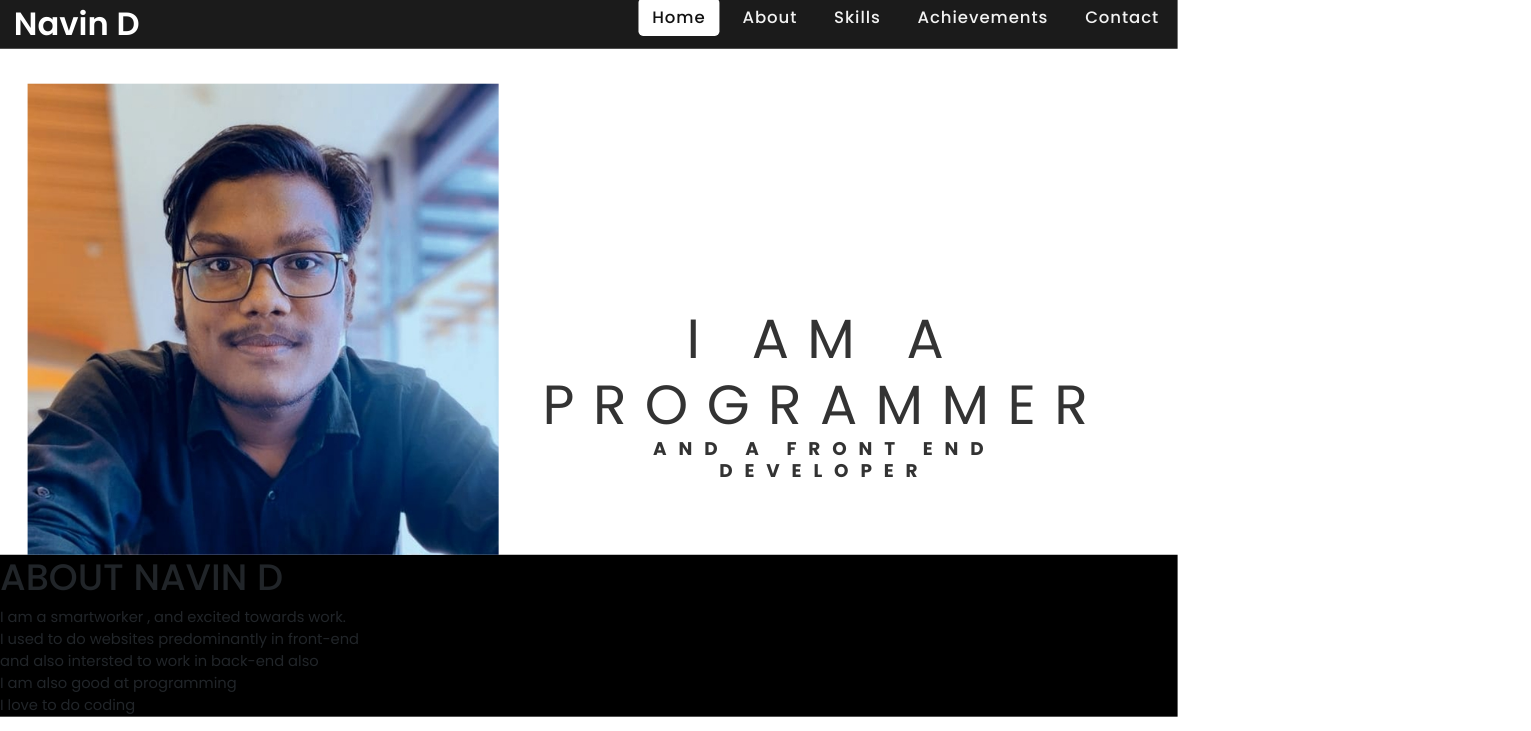
Repository: NavinDayanithi/OIBSIP
Page: Portfolio/index.html
These files come from the project's save history. The page is drawn as it stood at one moment and after the next save; the edit follows.
The browser window is 1280 px wide. The page is 1280 px wide, then 1664 px, then 1280 px, so the pictures cover 1664 px, including what lies to the right of the window. The pictures show the whole page, at 92% of full size.

Above is the page before, as saved 2023-02-20 18:48:31.
Console error: TypeError: Cannot read properties of undefined (reading 'fn')

### Portfolio/index.html
<!DOCTYPE html>
<!-- Created By CodingNepal -->
<html lang="en" dir="ltr">
   <head>

      <meta charset="utf-8">
      <title>Navin's Portfolio</title>
      <script src="https://cdnjs.cloudflare.com/ajax/libs/OwlCarousel2/2.3.4/owl.carousel.min.js"></script>
      <script type="text/javascript" src="script.js"></script>
      <link rel="stylesheet" href="style.css">
      <link rel="stylesheet" href="https://cdnjs.cloudflare.com/ajax/libs/font-awesome/5.15.3/css/all.min.css"/>
      <meta name="viewport" content="width=device-width, initial-scale=1.0">
      <link href="https://cdn.jsdelivr.net/npm/bootstrap@5.3.0-alpha1/dist/css/bootstrap.min.css" rel="stylesheet" integrity="sha384-GLhlTQ8iRABdZLl6O3oVMWSktQOp6b7In1Zl3/Jr59b6EGGoI1aFkw7cmDA6j6gD" crossorigin="anonymous">
   </head>
   <body>
      <nav>
         <div class="logo">
            Navin D
         </div>
         <input type="checkbox" id="click">
         <label for="click" class="menu-btn">
         <i class="fas fa-bars"></i>
         </label>
         <ul>
            <li><a class="active" href="#">Home</a></li>
            <li><a href="#about">About</a></li>
            <li><a href="#skills">Skills</a></li>
            <li><a href="#">Achievements</a></li>
            <li><a href="#">Contact</a></li>
         </ul>
      </nav>
      <div >
        <img src="navinppimg.jpeg"  class="img1" alt="navinimg">
      </div>
      <div class="text-box">
        <h1 class="heading-primary">
         <span class="heading-primary-main">I am a Programmer</span>
          <span class="heading-primary-sub">and a front end developer</span>
         </h1>
   </div>
   <section class="about" id="about">
      <!-- <img class="about-img" src="https://embetronicx.com/wp-content/uploads/2017/08/background.jpg"  class="img1" alt="navinimg"> -->
      <div class="about-text">
          <h1>ABOUT NAVIN D</h1>
         <p>  I am a smartworker , and excited towards work.<br/>
             I used to do websites predominantly in front-end <br/>
             and also intersted to work in back-end also<br/>
             I am also good at programming <br/>
             I love to do coding<br/>
      </p>
      </div>

    </body>
</section>
       </body>
</html>

### Portfolio/style.css
@import url('https://fonts.googleapis.com/css?family=Poppins:400,500,600,700&display=swap');
*{
  margin: 0;
  padding: 0;
  box-sizing: border-box;
  font-family: 'Poppins', sans-serif;
}
nav{
  display: flex;
  height: 100%;
  width: 100%;
  background: #1b1b1b;
  align-items: center;
  justify-content: space-between;
  /* padding: 0 50px 0 50px; */
  /* flex-wrap: wrap; */
}
nav .logo{
  color: #fff;
  font-size: 35px;
  font-weight: 600;
  margin-left: 15px;
}
nav ul{
  display: flex;
  flex-wrap: wrap;
  list-style: none;
}
nav ul li{
  margin: 0 5px;
}
nav ul li a{
  color: #f2f2f2;
  text-decoration: none;
  font-size: 18px;
  font-weight: 500;
  padding: 8px 15px;
  border-radius: 5px;
  letter-spacing: 1px;
  transition: all 0.3s ease;
}
nav ul li a.active,
nav ul li a:hover{
  color: #111;
  background: #fff;
}
nav .menu-btn i{
  color: #fff;
  font-size: 22px;
  cursor: pointer;
  display: none;
}
input[type="checkbox"]{
  display: none;
}
@media (max-width: 1000px){
  nav{
    padding: 0 40px 0 50px;
  }
}
@media (max-width: 920px) {
  nav .menu-btn i{
    display: block;
  }
  #click:checked ~ .menu-btn i:before{
    content: "\f00d";
  }
  nav ul{
    position: fixed;
    top: 80px;
    left: -100%;
    background: #111;
    height: 100vh;
    width: 100%;
    text-align: center;
    display: block;
    transition: all 0.3s ease;
  }
  #click:checked ~ ul{
    left: 0;
  }
  nav ul li{
    width: 100%;
    margin: 40px 0;
  }
  nav ul li a{
    width: 100%;
    margin-left: -100%;
    display: block;
    font-size: 20px;
    transition: 0.6s cubic-bezier(0.68, -0.55, 0.265, 1.55);
  }
  #click:checked ~ ul li a{
    margin-left: 0px;
  }
  nav ul li a.active,
  nav ul li a:hover{
    background: none;
    color: cyan;
  }
}
.content{
  position: absolute;
  top: 50%;
  left: 50%;
  transform: translate(-50%, -50%);
  text-align: center;
  z-index: -1;
  width: 100%;
  padding: 0 30px;
  color: #1b1b1b;
}
.content div{
  font-size: 40px;
  font-weight: 700;
}

.text-box {
    position: absolute;
    top: 60%;
    left: 70%;
    transform: translate(-50%, -50%);
    text-align:center;
  }

  .heading-primary {
      color:#333;
      text-transform: uppercase;
  }

  .heading-primary-main {
      display: block;
      font-size: 60px;
      font-weight: 400;
      letter-spacing: 20px;
     /*  Animation decalaration   */
      animation-name: moveInleft;
      animation-duration: 3s;
  }

  .heading-primary-sub {
      display: block;
      font-size: 20px;
      font-weight: 700;
      letter-spacing: 12.9px;

      animation-name: moveInRight;
      animation-duration: 3s;
  }

  @keyframes moveInleft {
      0% {
          opacity: 0;
          transform: translateX(-100px);
      }

      80% {
          transform: translateX(10px);
      }
      100% {
          opacity: 1;
          transform: translate(0);
      }
  }

  @keyframes moveInRight {
      0% {
          opacity: 0;
          transform: translateX(100px);
      }

      80% {
          transform: translateX(-10px);
      }

      100% {
          opacity: 1;
          transform: translate(0);
      }

  }
  .img1{
    margin-left: 30px;
     margin-top: 3%;
    display: block;
    height:40%;
    width:40%;


  }
  .a{
    float: left;
    /* display: inline; */
    width: 50%;


  }
  .b{
    /* display: inline; */
    float:right;
    width: 50%;
    margin-left: 50px;


  }
   .about{
    background-color: black;
    height: 100%;
    width: 100%;
  } */
.about-text{
    position: absolute;
    margin-top: 50px;
    margin-left: 30%;
    width: 100%;
    height: auto;
    justify-content: center;

   background-color: #1b1b1b;
    color:white;
}

Loaded but not shown: Portfolio/script.js (common file)

After the next save:
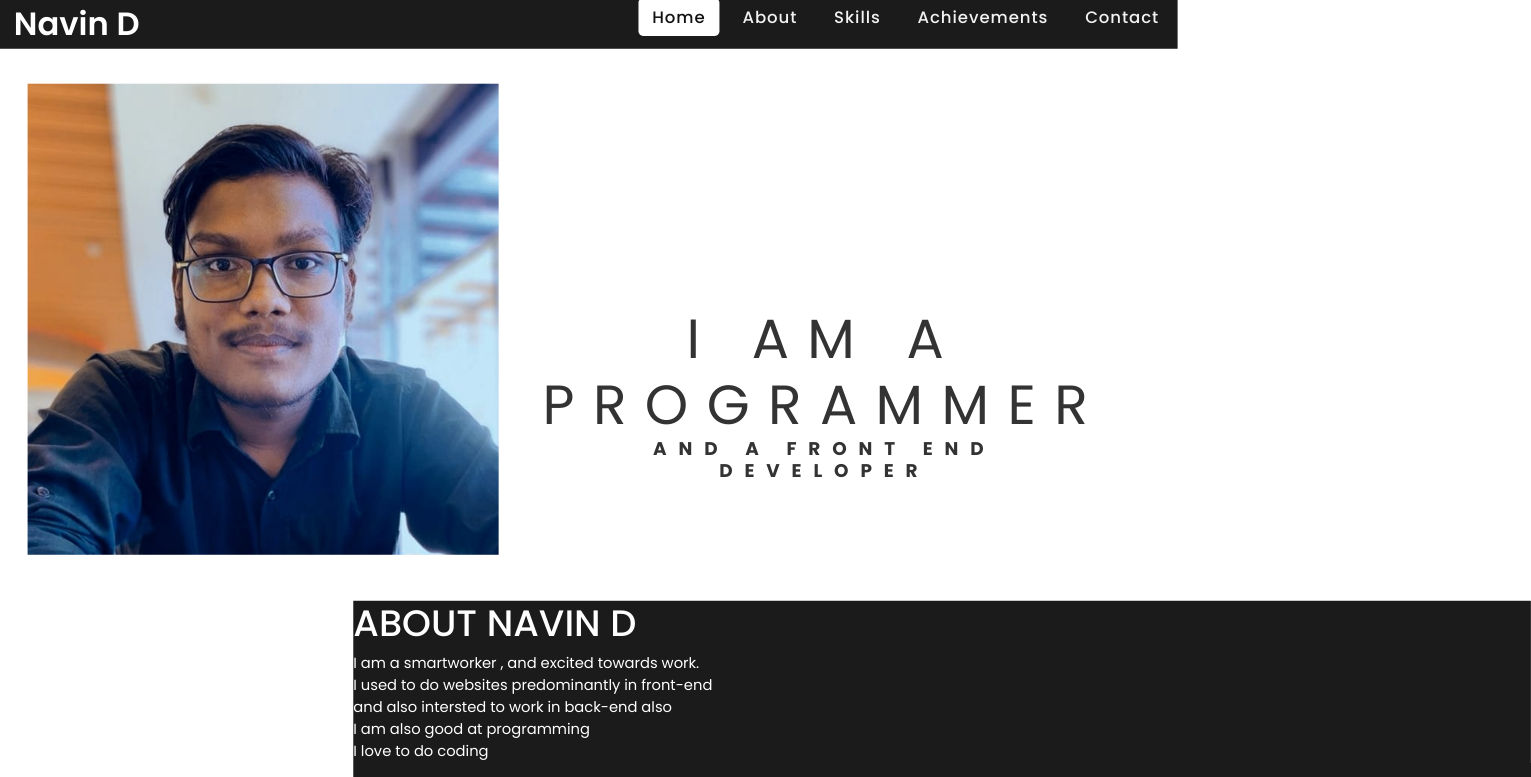
Saved 2 s later.
--- a/Portfolio/style.css
+++ b/Portfolio/style.css
@@ -207,7 +207,7 @@
     background-color: black;
     height: 100%;
     width: 100%;
-  } */
+  }
 .about-text{
     position: absolute;
     margin-top: 50px;

After the save that followed:
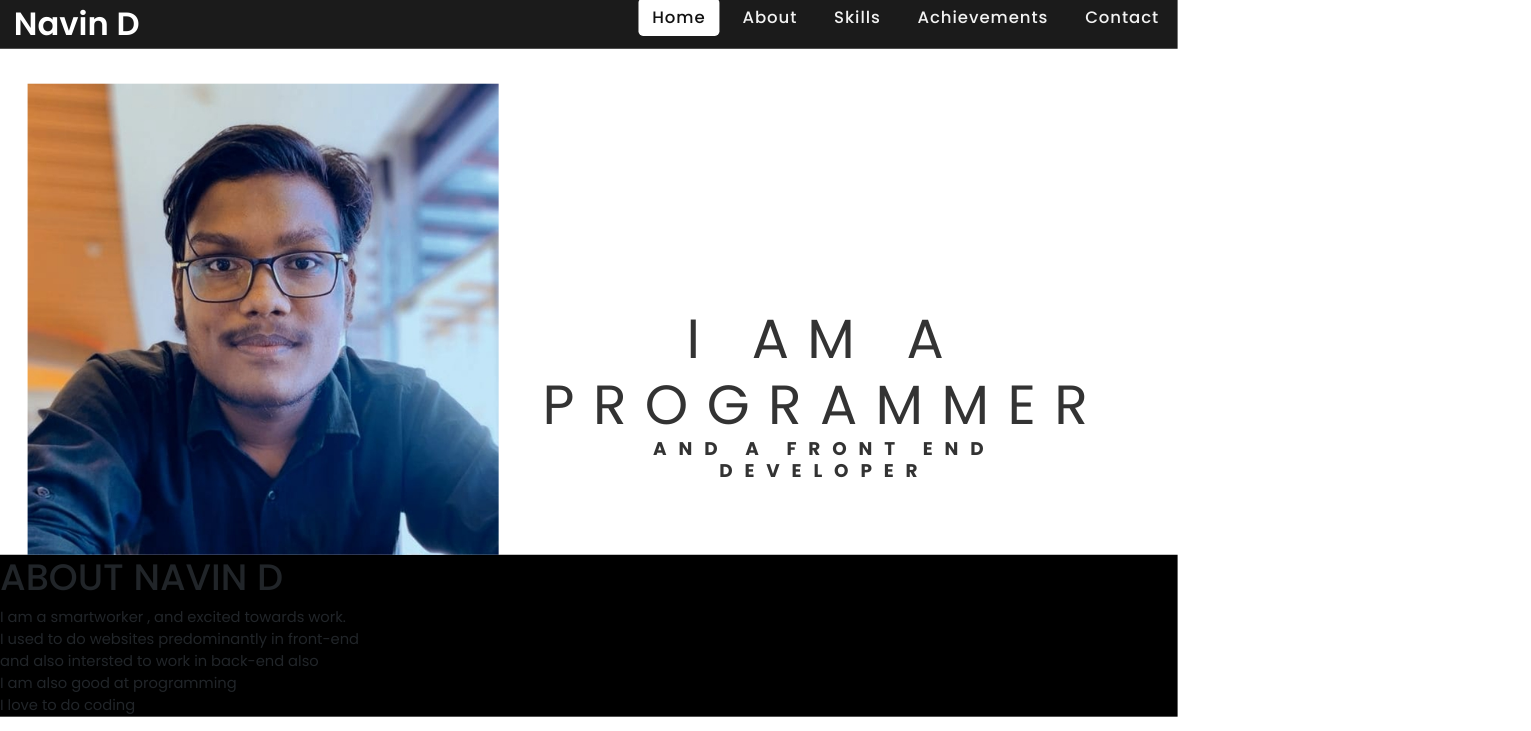
Saved 9 s later.
--- a/Portfolio/style.css
+++ b/Portfolio/style.css
@@ -208,7 +208,7 @@
     height: 100%;
     width: 100%;
   }
-.about-text{
+/* .about-text{
     position: absolute;
     margin-top: 50px;
     margin-left: 30%;
@@ -218,4 +218,4 @@
 
    background-color: #1b1b1b;
     color:white;
-}
+} */
